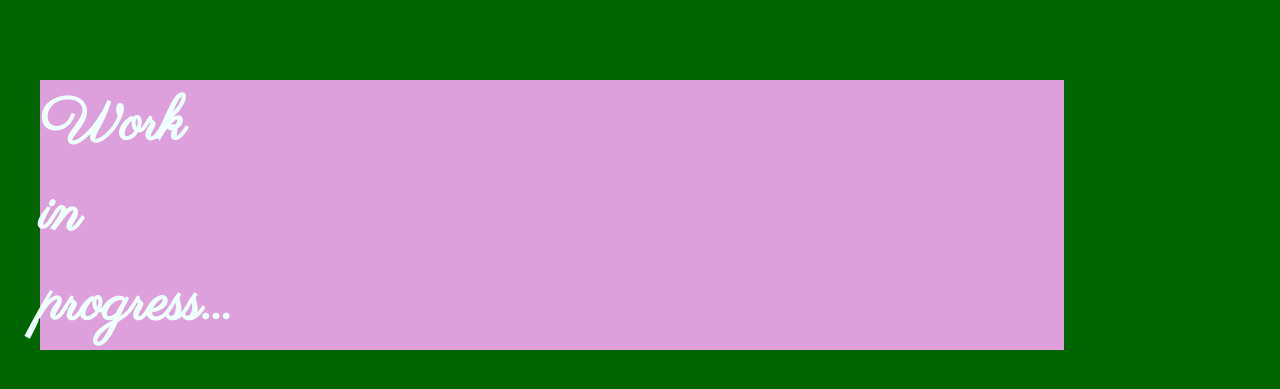
Repository: NollieChtn6/NollieChtn6.github.io
Page: index.html
The author's editor kept a copy of each file at every save. The page is drawn from the files as they stood at one save, then again after the next save.
The browser window is 1280 px wide. The pictures show the whole page.

Above is the page before, as saved 2023-11-10 18:03:43.

### index.html

<!DOCTYPE html>

<html lang="fr">

<head>
  <meta charset="utf-8">
  <meta name="viewport" content="width=device-width">
  <link href="css/reset.css" rel="stylesheet">
  <link href="css/style.css" rel="stylesheet">
  <link
    href="https://fonts.googleapis.com/css2?family=Asap:wght@400;700&family=Parisienne&display=swap"
    rel="stylesheet">
  <title>Portfolio</title>
</head>

<body>

  <main class="main__container">

    <div class="main__content">

      <h1 class="main__title">
        <span class="main__title main__title--level-1">
          Work
        </span>
        <span class="main__title main__title--level-2">
          in
        </span>
        <span class="main__title main__title--level-3">
          progress...
        </span>
      </h1>

    </div>

  </main>

</body>

</html>

### css/style.css
/* VARIABLES */

/* :root {

} */


/* GÉNÉRAL */

* {
  box-sizing: border-box;
}

html {
  font-size: 62.5%;
}

body {
  display: flex;
  flex-direction: column;
  height: 100vh;
  min-height: 100vh;
}

h1 {
  font-family: 'Asap', sans-serif;
  font-family: 'Parisienne', cursive;
}


/* MAIN  */

.main__container {
  display: flex;
  flex-direction: column;
  background-color: antiquewhite;
  height: 100vh;
  width: 100vw;
}

.main__content {
  display: flex;
  flex-direction: column;
  background-color:darkgreen;
  height: 100vh;
  width: 100vw;
  /* padding: 5rem 0rem 0rem 8rem; */
  /* justify-content: center; */
  /* align-items: center; */
  padding-top: 8rem;
  padding-left: 4rem;;

}

h1 {
  display: flex;
  flex-direction: column;
  width: 80vw;
  font-size: 6rem;
  background-color: plum;
  color: azure;
}

.main__title--level-1 {

}

Loaded but not shown: css/reset.css (common file)

After the next save:
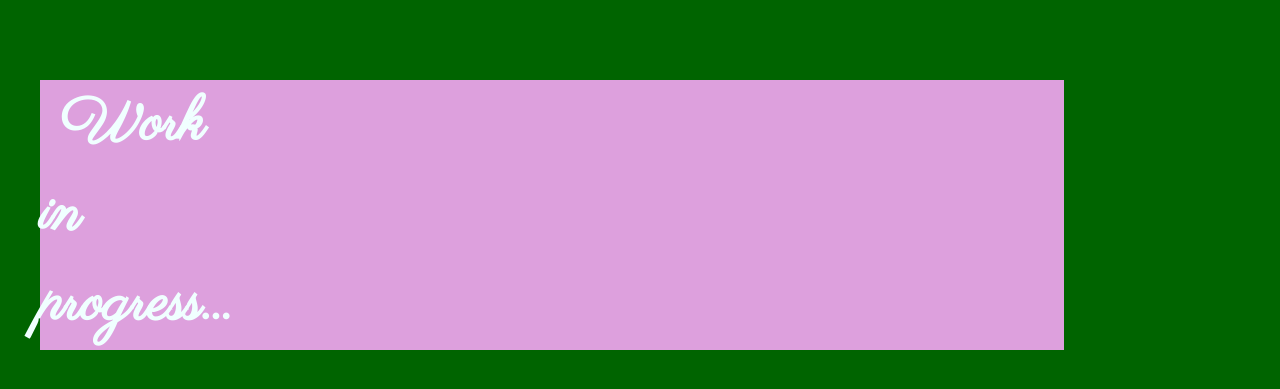
Saved 31 s later.
--- a/css/style.css
+++ b/css/style.css
@@ -62,5 +62,5 @@ h1 {
 }
 
 .main__title--level-1 {
-
+  padding-left: 2rem
 }
